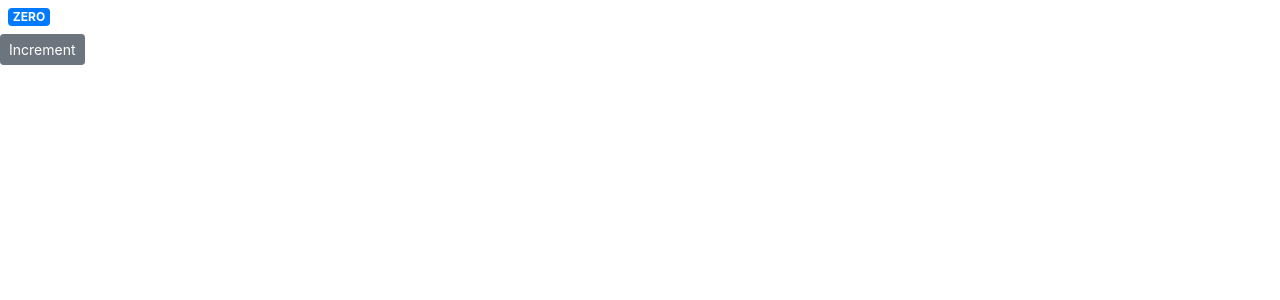
Repository: NikhilSurani/counter-app
Page: /
The author's editor kept a copy of each file at every save. The page is drawn from the files as they stood at one save, then again after the next save.
The browser window is 1280 px wide. The pictures show the whole page.
The project was rebuilt for these pictures with package versions that can differ from the ones it lists, and the page was loaded fresh each time.

Above is the page before, as saved 2018-12-28 18:37:17.

### src/index.js
import React from "react";
import ReactDOM from "react-dom";
import "./index.css";
// import App from "./App";
import * as serviceWorker from "./serviceWorker";
import "bootstrap/dist/css/bootstrap.css";
import Counter from "./components/counter";

ReactDOM.render(<Counter />, document.getElementById("root"));

// If you want your app to work offline and load faster, you can change
// unregister() to register() below. Note this comes with some pitfalls.
// Learn more about service workers: http://bit.ly/CRA-PWA
serviceWorker.unregister();

### src/components/counter.jsx
import React, { Component } from "react";
class Counter extends Component {
  state = {
    count: 0
    // imageUrl: "https://picsum.photos/200"
  };
  render() {
    return (
      <React.Fragment>
        {/* <img src={this.state.imageUrl} alt="" /> */}
        <span className="badge badge-primary m-2">{this.formatCount()}</span>
        <br />
        <button className="btn btn-secondary btn-sm">Increment</button>
      </React.Fragment>
    );
  }
  formatCount() {
    const { count } = this.state;
    return count !== 0 ? count : "ZERO";
  }
}

export default Counter;

Loaded but not shown: public/index.html (common file); src/index.css (common file); src/serviceWorker.js (common file)

After the next save:
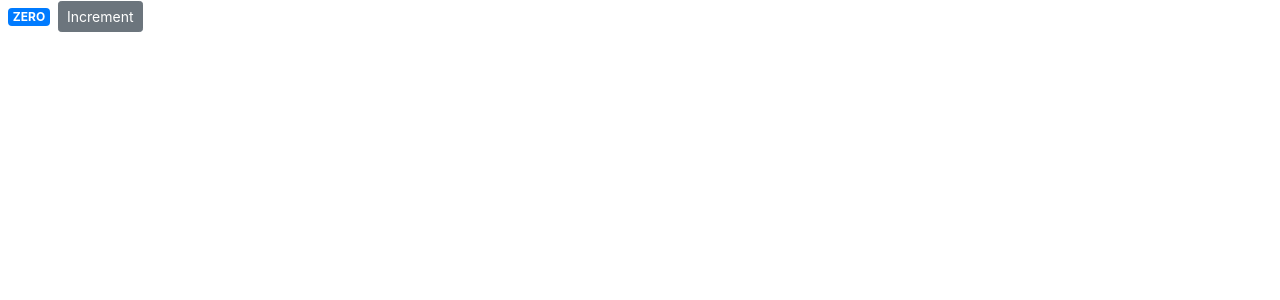
Saved 8 s later.
--- a/src/components/counter.jsx
+++ b/src/components/counter.jsx
@@ -9,7 +9,7 @@ class Counter extends Component {
       <React.Fragment>
         {/* <img src={this.state.imageUrl} alt="" /> */}
         <span className="badge badge-primary m-2">{this.formatCount()}</span>
-        <br />
+        {/* <br /> */}
         <button className="btn btn-secondary btn-sm">Increment</button>
       </React.Fragment>
     );
